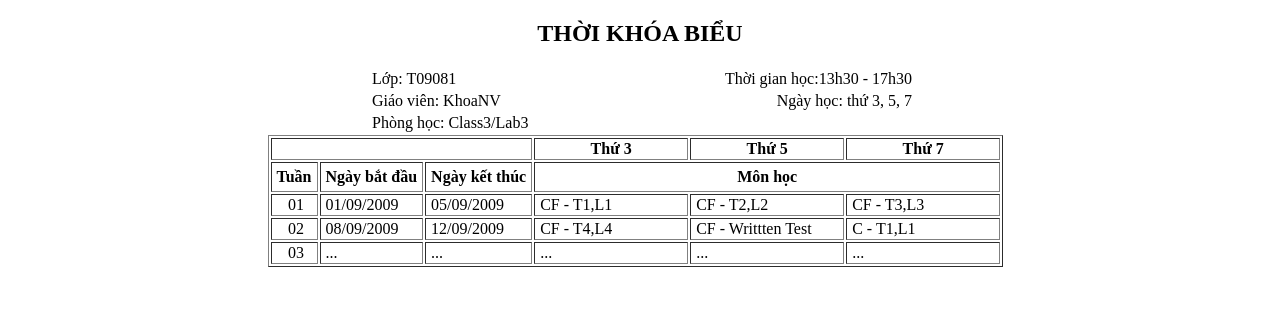
Repository: Lehuyhuynh/BT1-HTML
Page: index.html
An editor plug-in stored every save of this project. The page is shown before and after the next save, followed by the edit.
The browser window is 1280 px wide. The pictures show the whole page.

Above is the page before, as saved 2023-08-06 22:21:54.

### index.html
<!DOCTYPE html>
<html lang="en">
<head>
  <meta charset="UTF-8">
  <meta name="viewport" content="width=device-width, initial-scale=1.0">
  <title>THỜI KHÓA BIỂU</title>

  <style>

    h2{
      text-align: center;
    }
    #table1{
      width: 550px;
    margin-left: auto;
    margin-right: auto;
    margin-bottom: ;
    }
    #table2{
      width: 745px;
    display: block;
    margin-left: auto;
    margin-right: auto;
    }

    #rank{
      width: 150px;
    }
    #week{
      padding: 5px 5px;
    }
    #extended-time{
      padding: 5px 5px;
    }

    td{
      padding-left: 5px;
    }

  </style>

</head>
<body>

  <div >


      <h2> THỜI KHÓA BIỂU</h2>

    <div>
      <table id="table1">
          <tr>
              <td align="left">Lớp: T09081</td>
              <td align="right">Thời gian học:13h30 - 17h30</td>
          </tr>
          <tr>
              <td align="left">Giáo viên: KhoaNV</td>
              <td align="right">Ngày học: thứ 3, 5, 7 </td>
          </tr>
          <tr>
              <td align="left">Phòng học: Class3/Lab3</td>
          </tr>
      </table>
  </div>

    <div id="table2">
      <table border="1">
        <thead>

          <tr>
            <th colspan="3"></th>
            <th id="rank" >Thứ 3</th>
            <th id="rank">Thứ 5</th>
            <th id="rank">Thứ 7</th>
          </tr>

          <tr>
            <th id="week">Tuần</th>
            <th id="extended-time">Ngày bắt đầu</th>
            <th id="extended-time">Ngày kết thúc</th>
            <th colspan="3">Môn học</th>
          </tr>

        </thead>

        <tr>
          <td id="number" style="text-align: center;">01</td>
          <td>01/09/2009</td>
          <td>05/09/2009</td>
          <td>CF - T1,L1</td>
          <td>CF - T2,L2</td>
          <td>CF - T3,L3</td>
        </tr>

        <tr>
          <td id="number" style="text-align: center;">02</td>
          <td>08/09/2009</td>
          <td>12/09/2009</td>
          <td>CF - T4,L4</td>
          <td>CF - Writtten Test</td>
          <td>C - T1,L1</td>
        </tr>

        <tr>
          <td id="number" style="text-align: center;">03</td>
          <td>...</td>
          <td>...</td>
          <td>...</td>
          <td>...</td>
          <td>...</td>
        </tr>

      </table>
    </div>


  </div>

</body>
</html>

After the next save:
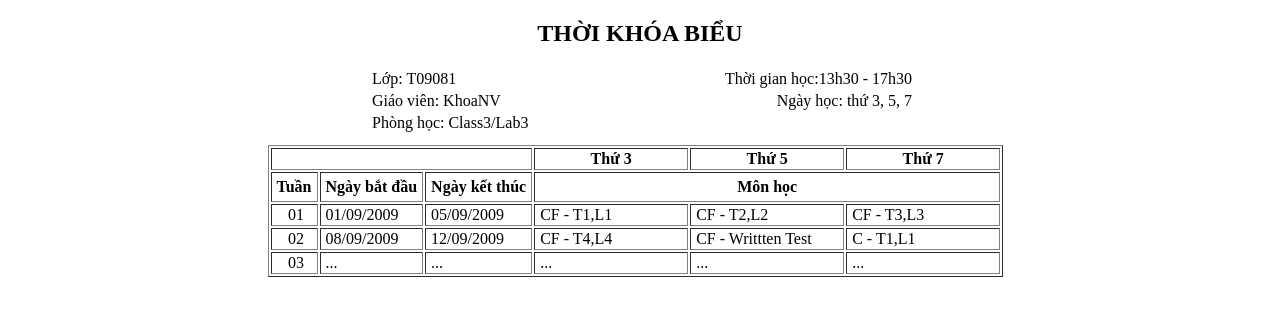
Saved 4 s later.
--- a/index.html
+++ b/index.html
@@ -14,7 +14,7 @@
       width: 550px;
     margin-left: auto;
     margin-right: auto;
-    margin-bottom: ;
+    margin-bottom: 10px;
     }
     #table2{
       width: 745px;
